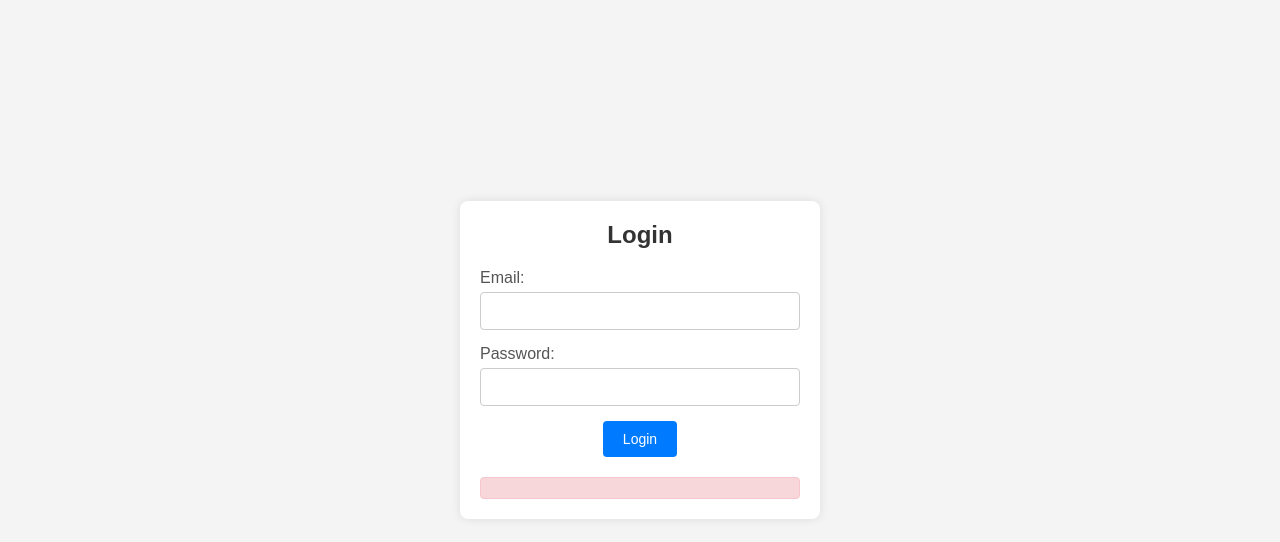
Repository: vinayakGarudi2002/swabhavTrainingProjects
Page: http://localhost/01_banking_application/login.jsp
These files come from the project's save history. The page is drawn as it stood at one moment and after a run of saves; the edit follows.
The browser window is 1280 px wide. The pictures show the whole page.
The page is served by Tomcat 9.

Above is the page before, as saved 2024-08-12 10:08:02.

After the next 2 saves:
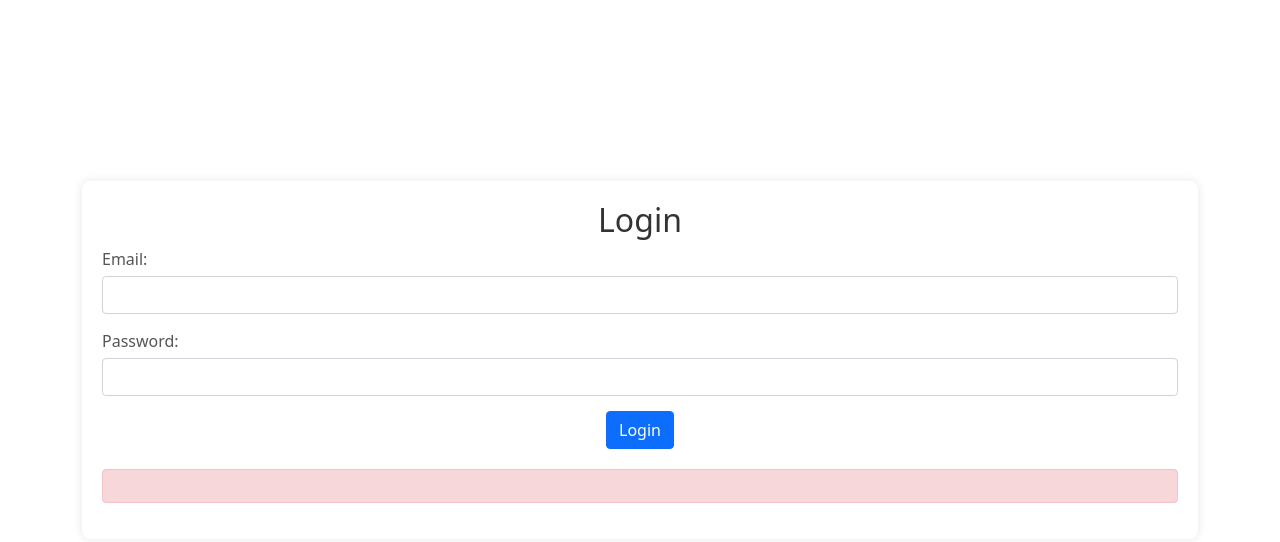
The 2 saves are shown as one change because they came seconds apart.
The last was saved 4 min 7 s later.
--- a/01_banking_application/WebContent/login.jsp
+++ b/01_banking_application/WebContent/login.jsp
@@ -5,6 +5,12 @@
     <meta charset="UTF-8">
     <title>Login - Banking App</title>
     <link rel="stylesheet" type="text/css" href="static/css/styles.css">
+    <link href="https://cdn.jsdelivr.net/npm/bootstrap@5.0.2/dist/css/bootstrap.min.css" rel="stylesheet" integrity="sha384-EVSTQN3/azprG1Anm3QDgpJLIm9Nao0Yz1ztcQTwFspd3yD65VohhpuuCOmLASjC" crossorigin="anonymous">
+<script src="https://cdn.jsdelivr.net/npm/bootstrap@5.0.2/dist/js/bootstrap.bundle.min.js" integrity="sha384-MrcW6ZMFYlzcLA8Nl+NtUVF0sA7MsXsP1UyJoMp4YLEuNSfAP+JcXn/tWtIaxVXM" crossorigin="anonymous"></script>
+
+<script src="https://cdn.jsdelivr.net/npm/@popperjs/core@2.9.2/dist/umd/popper.min.js" integrity="sha384-IQsoLXl5PILFhosVNubq5LC7Qb9DXgDA9i+tQ8Zj3iwWAwPtgFTxbJ8NT4GN1R8p" crossorigin="anonymous"></script>
+<script src="https://cdn.jsdelivr.net/npm/bootstrap@5.0.2/dist/js/bootstrap.min.js" integrity="sha384-cVKIPhGWiC2Al4u+LWgxfKTRIcfu0JTxR+EQDz/bgldoEyl4H0zUF0QKbrJ0EcQF" crossorigin="anonymous"></script>
+
 </head>
 <body>
     <div class="container">
